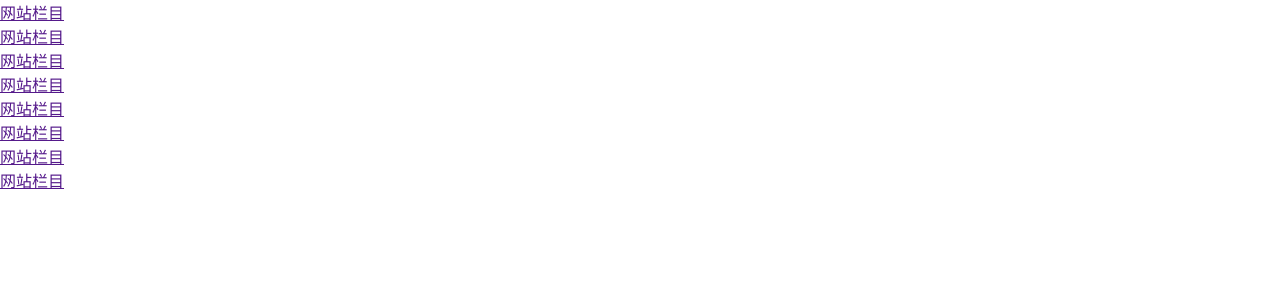
Repository: KaibutsuSama/CodePracticeExample
Page: Html5+Css3/Css3/03.样式表和选择器/01.超链接.html
An editor plug-in stored every save of this project. The page is shown before and after a run of saves, followed by the edit.
The browser window is 1280 px wide. The pictures show the whole page.

Above is the page before, as saved 2023-01-29 22:19:48.

### Html5+Css3/Css3/03.样式表和选择器/01.超链接.html
<!DOCTYPE html>
<html lang="en">
<head>
    <meta charset="UTF-8">
    <meta http-equiv="X-UA-Compatible" content="IE=edge">
    <meta name="viewport" content="width=device-width, initial-scale=1.0">
    <title>Document</title>
    <link rel="stylesheet" type="text/css" href="style.css">
</head>
<body>
    <div class="nav">
        <ul>
            <li><a href="">网站栏目</a></li>
            <li><a href="">网站栏目</a></li>
            <li><a href="">网站栏目</a></li>
            <li><a href="">网站栏目</a></li>
            <li><a href="">网站栏目</a></li>
            <li><a href="">网站栏目</a></li>
            <li><a href="">网站栏目</a></li>
            <li><a href="">网站栏目</a></li>
        </ul>
    </div>
</body>
</html>

### Html5+Css3/Css3/03.样式表和选择器/style.css
*{
    padding: 0;
    margin: 0;
}

.nav{
    width: 960px;
    height: 50px;
    border: 1;
}

After the next 2 saves:
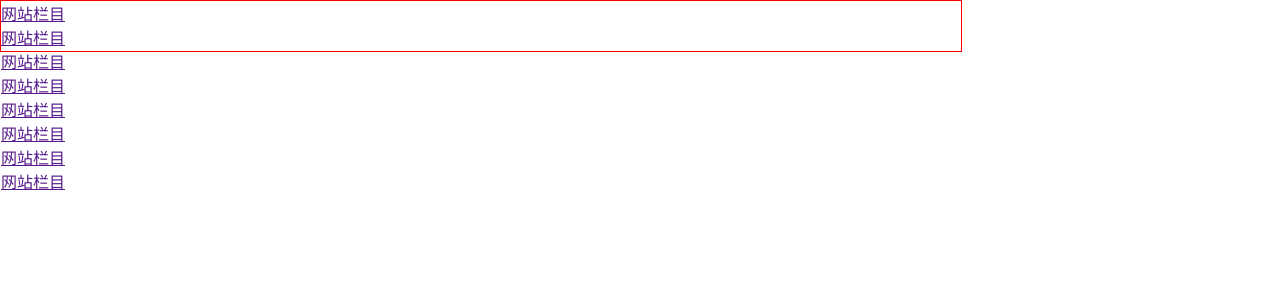
The 2 saves are shown as one change because they came seconds apart.
The last was saved 5 s later.
--- a/Html5+Css3/Css3/03.样式表和选择器/style.css
+++ b/Html5+Css3/Css3/03.样式表和选择器/style.css
@@ -6,5 +6,5 @@
 .nav{
     width: 960px;
     height: 50px;
-    border: 1;
+    border: 1px solid red;
 }
